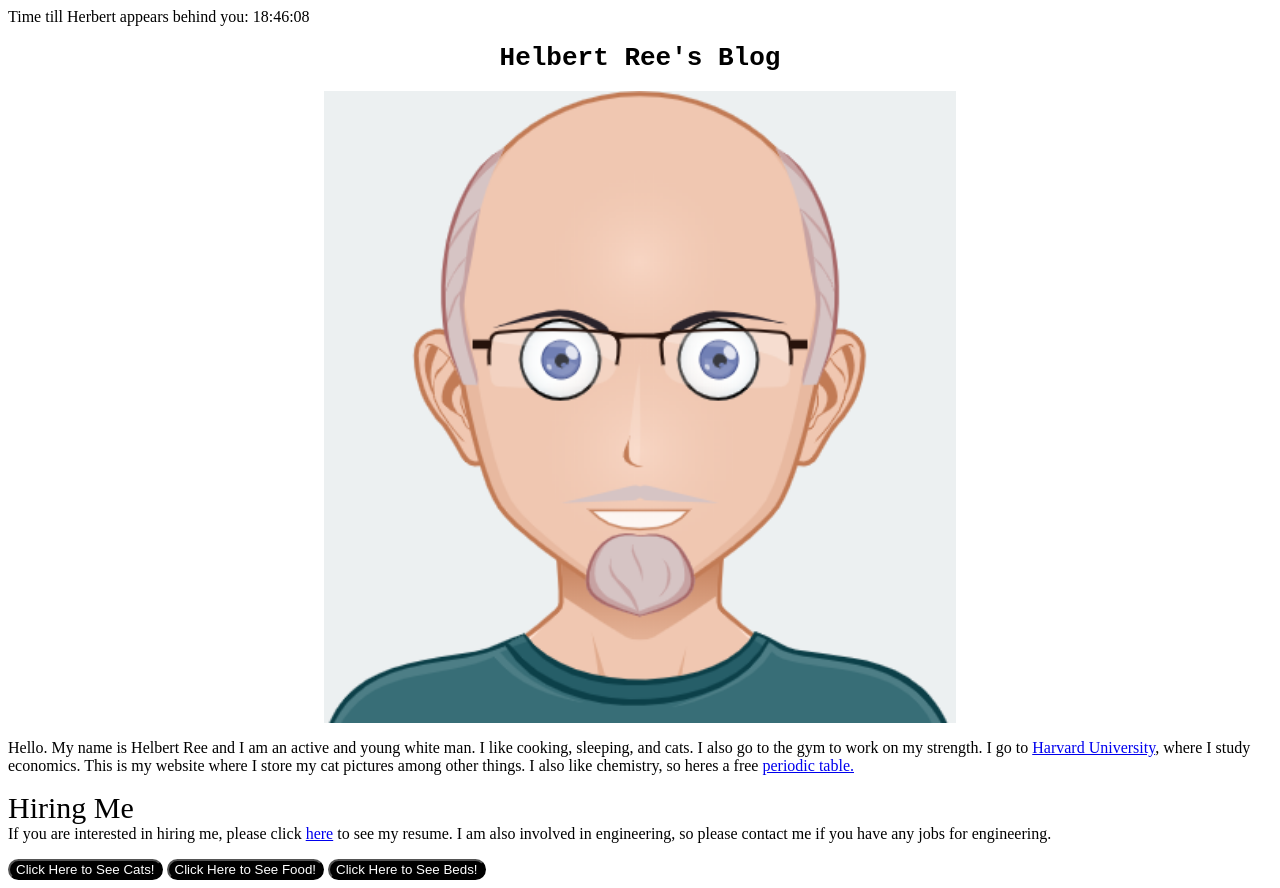
Repository: rortega1581/rortega1581.github.io
Page: 214/HelbertRee'sBlog/website.html
The author's editor kept a record of every edit. The page is drawn from the files as they stood at one moment, then again after the next edit.
The browser window is 1280 px wide. The pictures show the whole page.

Above is the page before.

### 214/HelbertRee'sBlog/website.html
<!DOCTYPE html>
<html>
<head>
<script>
function startTime() {
  var today = new Date();
  var h = today.getHours();
  var m = today.getMinutes();
  var s = today.getSeconds();
  m = checkTime(m);
  s = checkTime(s);
  document.getElementById('txt').innerHTML =
  "Time till Herbert appears behind you: " +h + ":" + m + ":" + s;
  var t = setTimeout(startTime, 500);
}
function checkTime(i) {
  if (i < 10) {i = "0" + i};  // add zero in front of numbers < 10
  return i;
}
</script>
</head>

<body onload="startTime()">

<div id="txt"></div>

</body>
</html>


<!doctype html>
<html lang="en">
    <head>
        <meta charset="utf-8">
        <title>Mein Website</title>
        <link href="style.css" rel="stylesheet" type="text/css">


    </head>
    <body>
        <h1 class="webTitle">
            Helbert Ree's Blog
        </h1>

        <img src="../images/helbertRee.jpg" alt="Helbert Ree" style="display: block;
        margin-left: auto; margin-right: auto; width: 50%;" />

        <p class="description">
            Hello. My name is Helbert Ree and I am an active and young white man.  I like cooking, sleeping, and cats. I also go to the gym to work on my strength.
            I go to <a href="https://www.harvard.edu/">Harvard University</a>, where I study economics. This is my website where I store my cat pictures among other things.
            I also like chemistry, so heres a free <a href="https://ptable.com/">periodic table.</a>

        </p>

        <p>
            <a style="font-size: 30px;">Hiring Me</a> </br>
            If you are interested in hiring me, please click <a href='resume.html'>here</a> to see my resume.
            I am also involved in engineering, so please contact me if you have any jobs for engineering.
        </p>

        <a href="cats.html"><button class="clickButton">Click Here to See Cats!</button></a>
        <a href="food.html"><button class="clickButton">Click Here to See Food!</button></a>
        <a href="beds.html"><button class="clickButton">Click Here to See Beds!</button></a>



    </body>


</html>

### 214/HelbertRee'sBlog/style.css
.clickButton{
    background-color: rgb(0, 0, 0);
    color: rgb(255, 255, 255);
    border-radius: 20px;

}

.webTitle{
    text-align: center;
    font-family: monospace;

}

/*
img:active{
   transform:scale(.95);
   box-shadow:2px 2px 10px rgba(0,0,0,1);

}
*//*
img:active{
   transform:scale(.95);
   box-shadow:2px 2px 10px rgba(0,0,0,1);

}
*/

After the next edit:
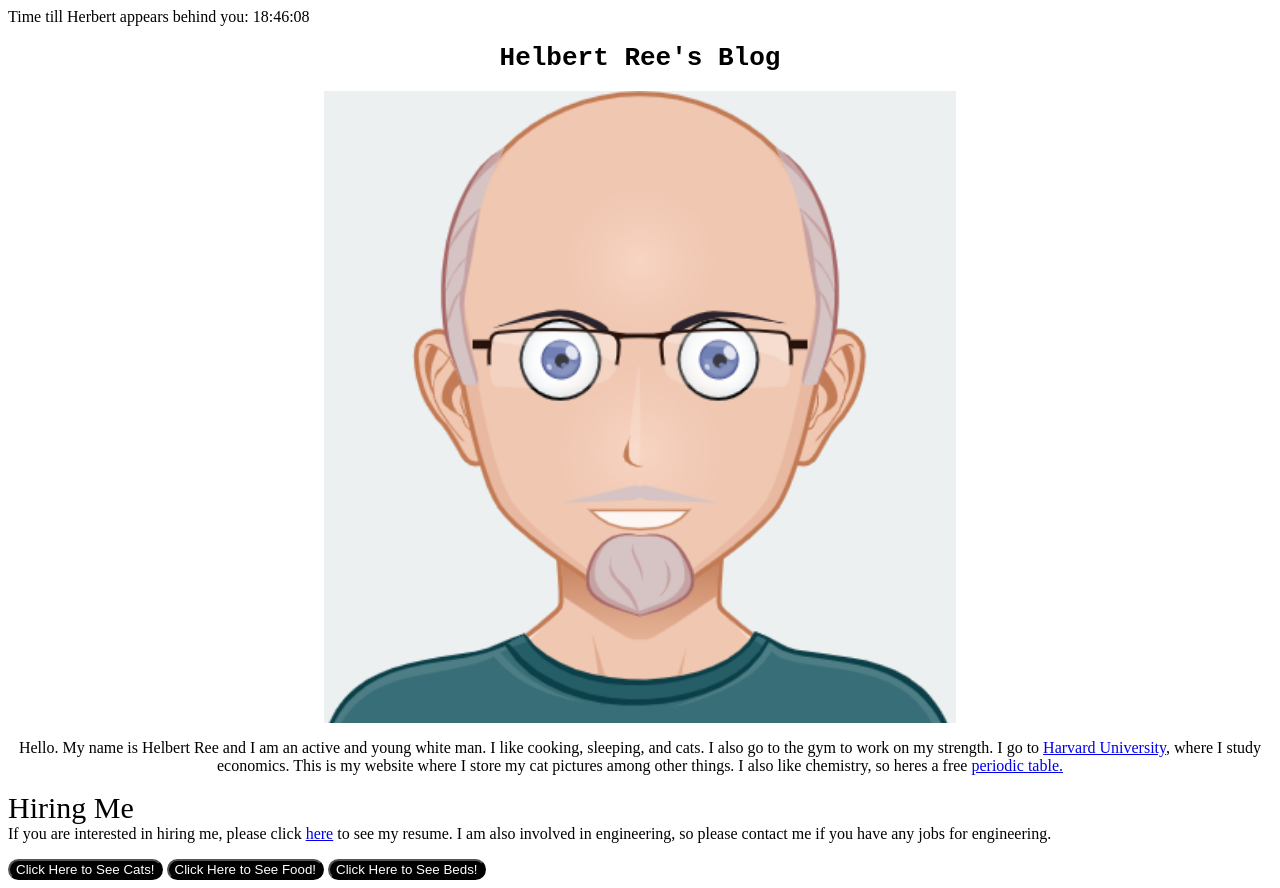
The edit:
--- a/214/HelbertRee'sBlog/style.css
+++ b/214/HelbertRee'sBlog/style.css
@@ -8,6 +8,11 @@
 .webTitle{
     text-align: center;
     font-family: monospace;
+
+}
+
+.description{
+    text-align: center;
 
 }
 
